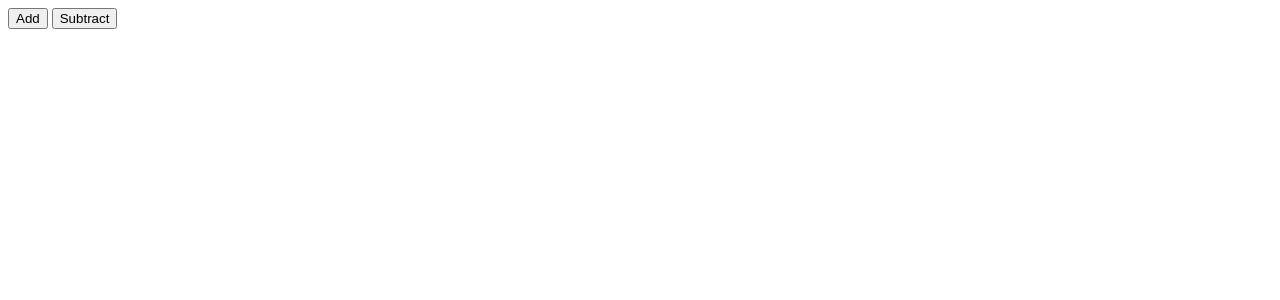
Repository: pixman92/AzucenasLessons
Page: index.html
The author's editor kept a copy of each file at every save. The page is drawn from the files as they stood at one save, then again after the next save.
The browser window is 1280 px wide. The pictures show the whole page.

Above is the page before, as saved 2022-01-26 01:59:45.

### index.html
<!DOCTYPE html>
<html lang="en">
<head>
    <meta charset="UTF-8">
    <meta http-equiv="X-UA-Compatible" content="IE=edge">
    <meta name="viewport" content="width=device-width, initial-scale=1.0">
    <title>Azucena Practice</title>
</head>
<body>
    <button id="add">Add</button>
    <button id="subtract">Subtract</button>

</body>
</html>

After the next save:
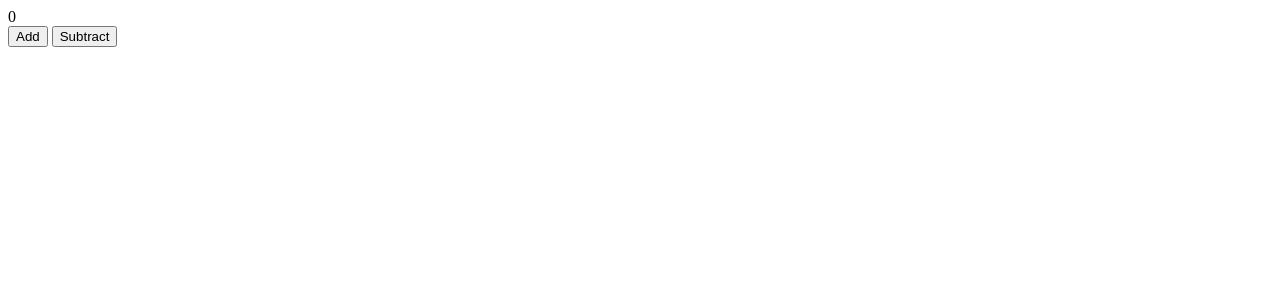
Saved 14 s later.
--- a/index.html
+++ b/index.html
@@ -7,6 +7,7 @@
     <title>Azucena Practice</title>
 </head>
 <body>
+    <div id="myNumber">0</div>
     <button id="add">Add</button>
     <button id="subtract">Subtract</button>
 
